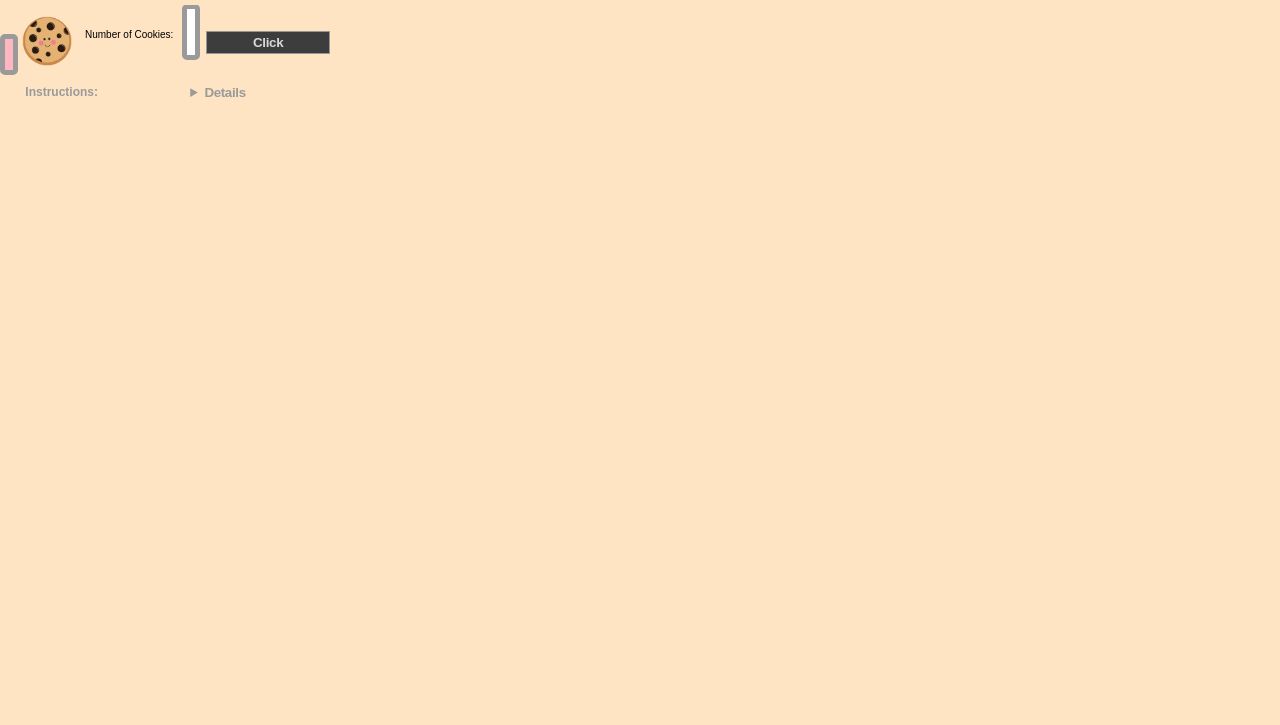
Repository: f00d4tehg0dz/elgato-streamdeck-cookie-clicker
Page: com.f00d4tehg0dz.cookieclicker.sdPlugin/cookieclicker.html
The author's editor kept a copy of each file at every save. The page is drawn from the files as they stood at one save, then again after a run of saves.
The browser window is 1280 px wide. The pictures show the whole page.

Above is the page before, as saved 2022-01-28 12:02:27.

### com.f00d4tehg0dz.cookieclicker.sdPlugin/cookieclicker.html
<!DOCTYPE html>
<html>

<head>
    <meta charset="utf-8"/>
    <title>com.f00d4tehg0dz.cookieclicker</title>
    <link rel="stylesheet" href="css/sdpi.css">
    <link rel="stylesheet" href="css/styles.css">
    <script src="js/jquery-3.3.1.js"></script>
    <script src="js/common.js"></script>

</head>

<body>
<div class="sdpi-wrapper">
    <div class="sdpi-item">
        <div id="cookieTitle"></div>
        <div id="cookie" onclick="cookieClick()">
            <img src="icon-animate.gif" width="50px"/>
        </div>
        <br>
        <p>Number of Cookies:</p>
        <div id="cookieNumbers"></div>
        <button class="sdpi-item-value" id="updateButton">Click</button>
    </div>
    <div class="sdpi-item">
        <div class="sdpi-item-label">Instructions</div>
        <details class="sdpi-item-value">
            <p>Click the cookie to make more cookies<br>
            Cookie Title upgrades as you reach cookie clicker milestones <br></p>
            <p>You can learn more about this plugin by visiting its Github
                page by <a
                        href="#"
                        onclick="openGithub()">clicking here.</a>
        </details>
    </div>
</div>

<script>
    let uuid = "",
        actionName = "";

    if ($SD) {
        $SD.on('connected', function (jsonObj) {
            uuid = jsonObj['uuid'];
            if (jsonObj.hasOwnProperty('actionInfo')) {
                actionName = jsonObj.actionInfo.action;
            }
            let settings = $SD.actionInfo.payload.settings;
        });
    }

    $(document).ready(function () {

        $("#updateButton").click(function () {
            // Sending the saved settings to the plugin from property inspector.

            if ($SD && $SD.connection) {
                let payload = {};
                payload.updateClick = updateClick;

                $SD.api.sendToPlugin(uuid, actionName, payload);
            }
        });
        function openGithub() {
            $SD.api.openUrl($SD.actionInfo.context, "https://github.com/f00d4tehg0dz/Doge-Coin-Plugin-for-Eglato-Streamdeck")
    }
    });

</script>

</body>

</html>

### com.f00d4tehg0dz.cookieclicker.sdPlugin/css/styles.css
body {
  padding-top: 5px;
  font-family: Arial;
  background-color: bisque;
  margin: auto;
  text-align: center;
}

p {
  font-size: 10px;
  color: black;
  display: block;
  margin: 5px;
}

#cookieNumbers {
  margin: auto;
  text-align:center;
  padding-top: 20px;
  margin-bottom: 20px;
  font-size: 10px;
  border:5px solid;
  border-radius:5px;
  background-color:white;
  height:25px;
}

#cookieTitle {
  margin: auto;
  text-align:center;
  padding-top: 5px;
  margin-bottom: 5px;
  font-size: 10px;
  border:5px solid;
  border-radius:5px;
  background-color:lightpink;
  height:25px;
}

Loaded but not shown: com.f00d4tehg0dz.cookieclicker.sdPlugin/js/jquery-3.3.1.js (library); com.f00d4tehg0dz.cookieclicker.sdPlugin/js/common.js (1200 lines, source omitted); com.f00d4tehg0dz.cookieclicker.sdPlugin/css/sdpi.css (1482 lines, source omitted)

After the next 2 saves:
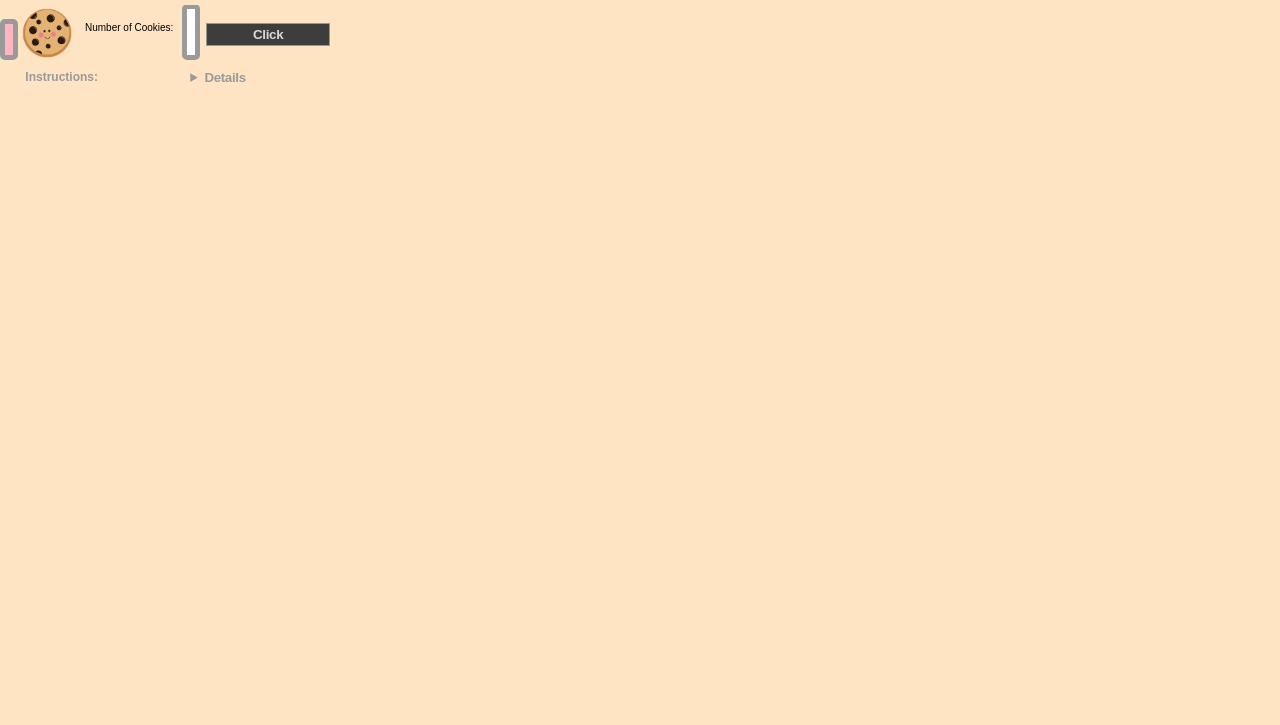
The 2 saves are shown as one change because they came seconds apart.
The last was saved 5 s later.
--- a/com.f00d4tehg0dz.cookieclicker.sdPlugin/css/styles.css
+++ b/com.f00d4tehg0dz.cookieclicker.sdPlugin/css/styles.css
@@ -17,7 +17,7 @@ p {
   margin: auto;
   text-align:center;
   padding-top: 20px;
-  margin-bottom: 20px;
+  margin-bottom: 5px;
   font-size: 10px;
   border:5px solid;
   border-radius:5px;
